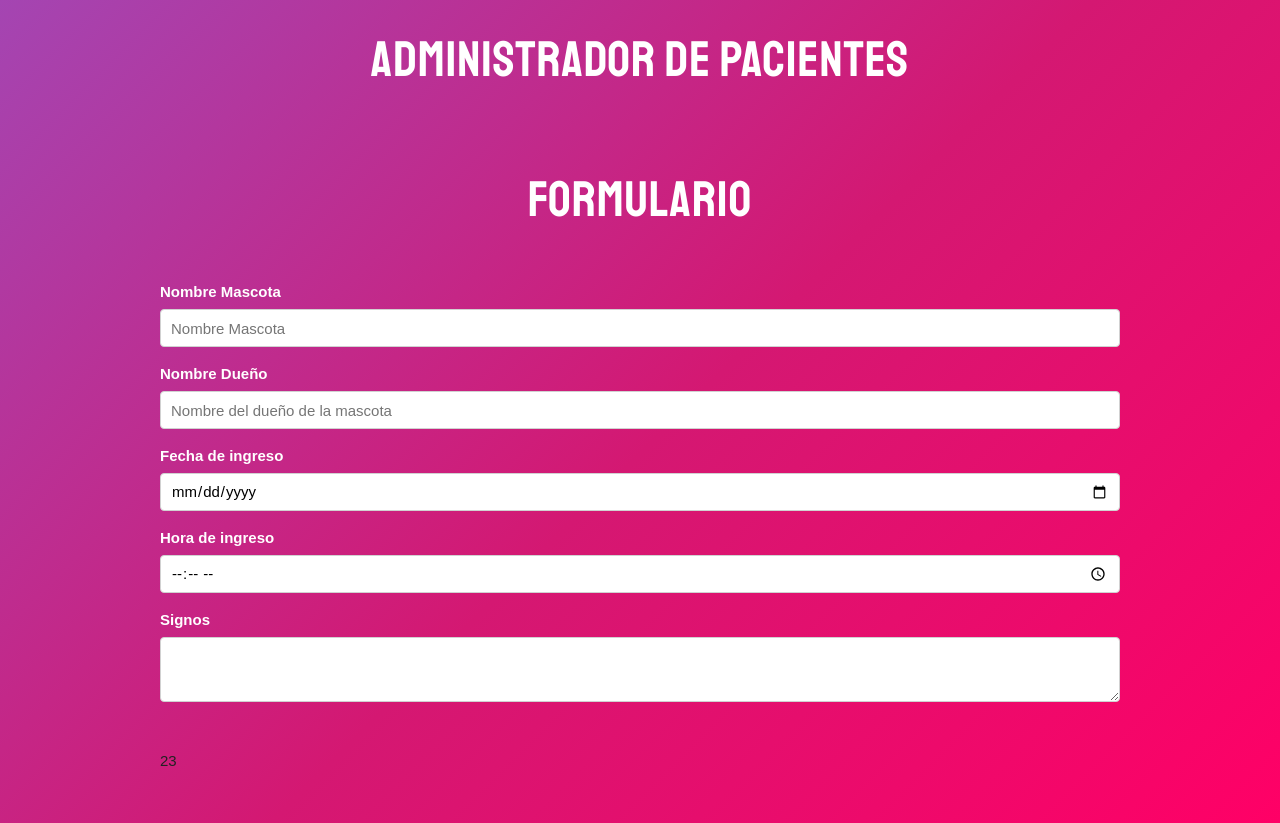
Repository: leonmezu1/react-jdlt
Page: /
These files come from the project's save history. The page is drawn as it stood at one moment and after the next save; the edit follows.
The browser window is 1280 px wide. The pictures show the whole page.
The project was rebuilt for these pictures with package versions that can differ from the ones it lists, and the page was loaded fresh each time.

Above is the page before, as saved 2020-10-05 09:03:34.

### src/App.js
import React, { Fragment } from 'react';
import Formulario from './components/Formulario'

function App() {
  return (
    <Fragment>
      <h1>Administrador de pacientes</h1>
      <div className ="container">
        <div className="row">
          <div className="one-half-column">
            <Formulario />
          </div>
          <div className="one-half-column">
            23
          </div>
        </div>
      </div>
    </Fragment>
  );
}

export default App;

### src/components/Formulario.js
import React, { Fragment } from 'react'

export default class Formulario extends React.Component {
  constructor(props){
    super(props)
    this.state = {}
  }

  render() {
    return (
      <Fragment>
        <h1>Formulario</h1>
        <form>
          <label>Nombre Mascota</label>
          <input
            type="text"
            name="mascota"
            className="u-full-width"
            placeholder="Nombre Mascota"
          />
          <label>Nombre Dueño</label>
          <input
            type="text"
            name="dueno"
            className="u-full-width"
            placeholder="Nombre del dueño de la mascota"
          />
          <label>Fecha de ingreso</label>
          <input
            type="date"
            name="fecha"
            className="u-full-width"
          />
          <label>Hora de ingreso</label>
          <input
            type="time"
            name="hora"
            className="u-full-width"
          />
          <label>Signos</label>
          <textarea className="u-full-width" name="sintomas"></textarea>
        </form>
      </Fragment>
    );
  }
}

Loaded but not shown: public/index.html (common file); src/index.js (common file); src/index.css (common file); src/serviceWorker.js (common file)

After the next save:
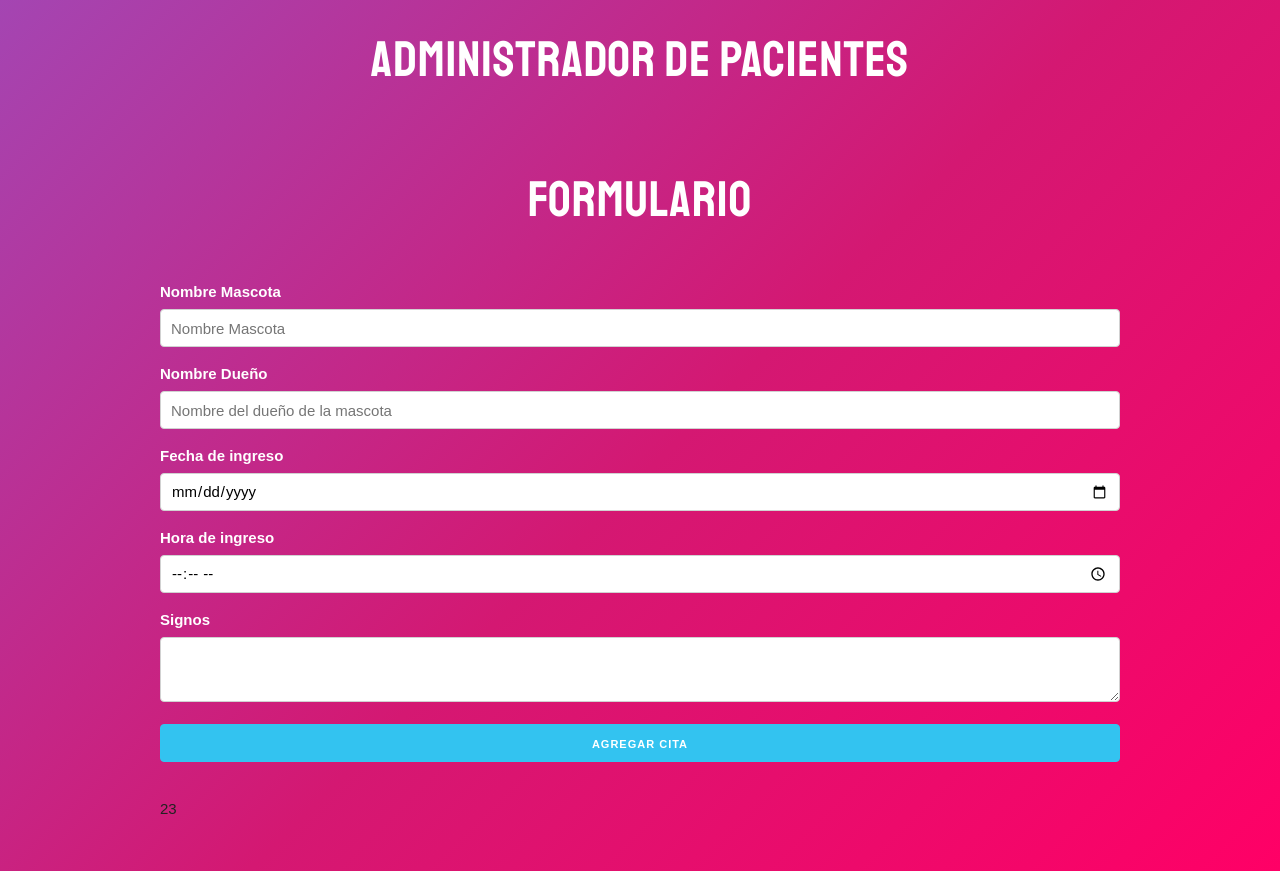
Saved 83 s later.
--- a/src/components/Formulario.js
+++ b/src/components/Formulario.js
@@ -21,7 +21,7 @@ export default class Formulario extends React.Component {
           <label>Nombre Dueño</label>
           <input
             type="text"
-            name="dueno"
+            name="propietario"
             className="u-full-width"
             placeholder="Nombre del dueño de la mascota"
           />
@@ -39,6 +39,7 @@ export default class Formulario extends React.Component {
           />
           <label>Signos</label>
           <textarea className="u-full-width" name="sintomas"></textarea>
+          <button type="submit" className="u-full-width button-primary">Agregar cita</button>
         </form>
       </Fragment>
     );
